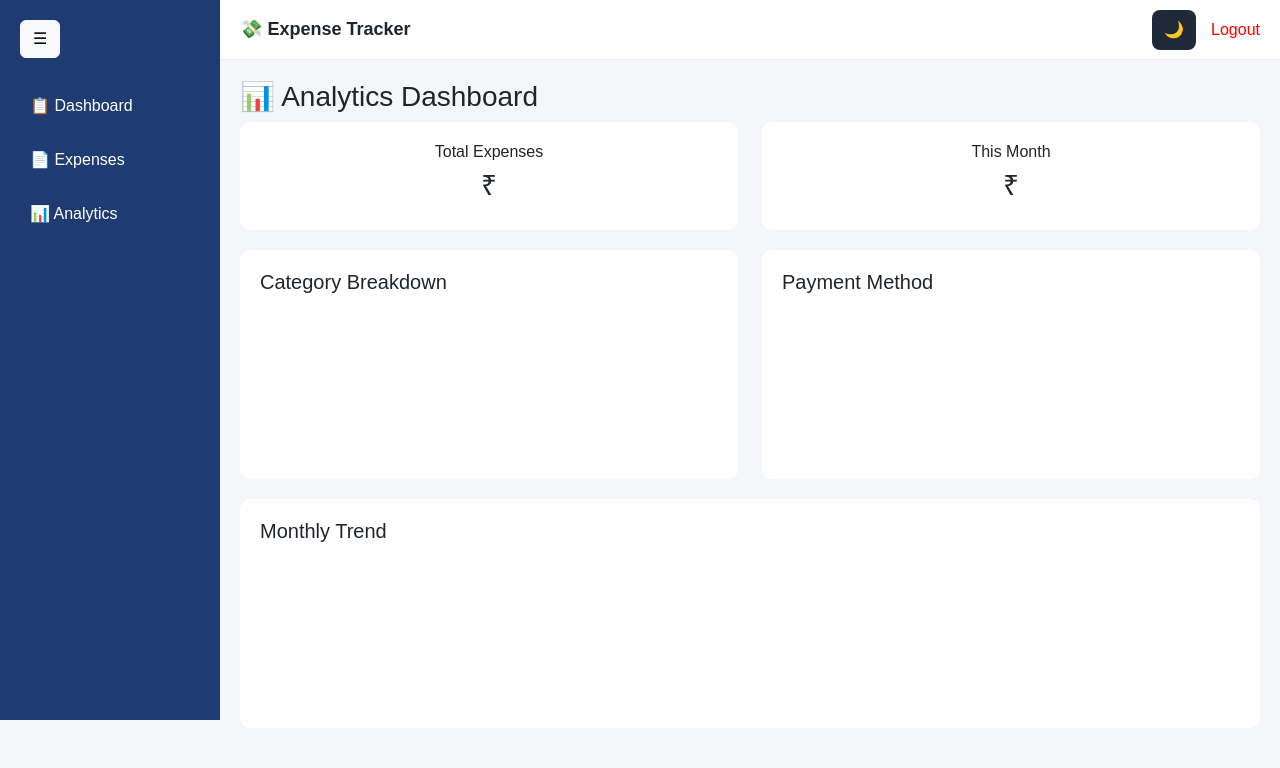
Repository: TejasChoudhary1996/expense-microservices
Page: http://localhost/ui-service/WEB-INF/jsp/pages/analytics.jsp
The author's editor kept a copy of each file at every save. The page is drawn from the files as they stood at one save, then again after the next save.
The browser window is 1280 px wide. The pictures show the whole page.
The page is served by Tomcat 10. Nobody is signed in. Other server files are loaded and not shown. The template is opened directly, without the code that normally fills it, so the values that code supplies are empty.

Above is the page before, as saved 2026-03-29 18:05:14.
Console error: SyntaxError: Unexpected token ';'

### ui-service/src/main/webapp/WEB-INF/jsp/pages/analytics.jsp
<%@ page contentType="text/html; charset=UTF-8" pageEncoding="UTF-8"%>
<%@ taglib prefix="c" uri="jakarta.tags.core"%>
<!DOCTYPE html>
<html>
<head>
<title>Analytics Dashboard</title>

<meta charset="UTF-8">
<meta name="viewport" content="width=device-width, initial-scale=1">

<link href="https://cdn.jsdelivr.net/npm/bootstrap@5.3.0/dist/css/bootstrap.min.css" rel="stylesheet">
<script src="https://cdn.jsdelivr.net/npm/chart.js"></script>

<style>
body {
    background: #f4f6f9;
    font-family: 'Poppins', sans-serif;
}

.content {
    margin-left: 220px;
    padding: 20px;
}

.card-box {
    background: white;
    padding: 20px;
    border-radius: 10px;
    margin-bottom: 20px;
}

canvas {
    max-height: 300px !important;
}
</style>

</head>

<body>
<%@ include file="../layout/header.jsp" %>
<%@ include file="../layout/sidebar.jsp" %>

<div class="content">

<h3>📊 Analytics Dashboard</h3>

<!-- ================= SUMMARY ================= -->
<div class="row">

    <div class="col-md-6">
        <div class="card-box text-center">
            <h6>Total Expenses</h6>
            <h3>&#8377; ${totalExpenses}</h3>
        </div>
    </div>

    <div class="col-md-6">
        <div class="card-box text-center">
            <h6>This Month</h6>
            <h3>&#8377; ${monthlyExpenses}</h3>
        </div>
    </div>


</div>

<!-- ================= CHARTS ================= -->

<div class="row">

    <!-- CATEGORY -->
    <div class="col-md-6">
        <div class="card-box">
            <h5>Category Breakdown</h5>
            <canvas id="categoryChart"></canvas>
        </div>
    </div>

    <!-- PAYMENT -->
    <div class="col-md-6">
        <div class="card-box">
            <h5>Payment Method</h5>
            <canvas id="paymentChart"></canvas>
        </div>
    </div>

</div>

<!-- MONTHLY TREND -->
<div class="card-box">
    <h5>Monthly Trend</h5>
    <canvas id="monthlyChart"></canvas>
</div>

</div>

<script>

/* ================= CATEGORY ================= */
const categoryData = ${categoryAnalyticsJson};

new Chart(document.getElementById('categoryChart'), {
    type: 'doughnut',
    data: {
        labels: Object.keys(categoryData),
        datasets: [{
            data: Object.values(categoryData)
        }]
    },
    options: {
        responsive: true,
        maintainAspectRatio: false
    }
});

/* ================= PAYMENT ================= */
const paymentData = ${paymentAnalyticsJson};

new Chart(document.getElementById('paymentChart'), {
    type: 'bar',
    data: {
        labels: Object.keys(paymentData),
        datasets: [{
            data: Object.values(paymentData)
        }]
    },
    options: {
        responsive: true,
        maintainAspectRatio: false
    }
});

/* ================= MONTHLY ================= */
/* const monthlyData = ${monthlyTrendJson};

new Chart(document.getElementById('monthlyChart'), {
    type: 'line',
    data: {
        labels: Object.keys(monthlyData),
        datasets: [{
            label: "Expenses",
            data: Object.values(monthlyData),
            fill: false,
            tension: 0.3
        }]
    },
    options: {
        responsive: true,
        maintainAspectRatio: false
    }
}); */

</script>

</body>
</html>

### ui-service/src/main/webapp/WEB-INF/jsp/layout/header.jsp
<%@ page contentType="text/html; charset=UTF-8" pageEncoding="UTF-8"%>

<!DOCTYPE html>
<html>
<head>

<meta charset="UTF-8">
<meta name="viewport" content="width=device-width, initial-scale=1">

<title>Expense Tracker</title>

<link href="https://cdn.jsdelivr.net/npm/bootstrap@5.3.0/dist/css/bootstrap.min.css" rel="stylesheet">
<script src="https://cdn.jsdelivr.net/npm/chart.js"></script>
<script src="https://cdn.jsdelivr.net/npm/bootstrap@5.3.0/dist/js/bootstrap.bundle.min.js"></script>
<%@ taglib prefix="c" uri="jakarta.tags.core"%>

<style>
body {
    margin: 0;
    font-family: 'Poppins', sans-serif;
    background: #f4f6f9;
}

/* ===== SIDEBAR ===== */
.sidebar {
    width: 220px;
    height: 100vh;
    background: #1e3c72;
    color: white;
    position: fixed;
    top: 0;
    left: 0;
    padding: 20px;
}

/* ===== HEADER ===== */
.header {
    position: fixed;
    top: 0;
    left: 220px;
    right: 0;
    height: 60px;
    background: white;
    display: flex;
    align-items: center;
    justify-content: space-between;
    padding: 0 20px;
    border-bottom: 1px solid #eee;
    z-index: 1000;
}

/* Header title modern look */
.header h5 {
    margin: 0;
    font-weight: 600;
    font-size: 18px;
}

/* ===== CONTENT ===== */
.content {
    margin-left: 220px;
    margin-top: 60px;
    padding: 20px;
}

/* ===== CARD ===== */
.card-box {
    background: white;
    padding: 20px;
    border-radius: 10px;
    margin-bottom: 20px;
}

/* ===== BUTTON ===== */
.btn-primary {
    background: #ff7a18;
    border: none;
}

/* ===== SIDEBAR LINKS ===== */
.sidebar a {
    display: block;
    padding: 10px;
    margin: 10px 0;
    color: white;
    text-decoration: none;
    border-radius: 8px;
}

.sidebar a:hover {
    background: rgba(255,255,255,0.1);
}

.sidebar a.active {
    background: #ff7a18;
}

/* ===== COLLAPSE ===== */
.sidebar.collapsed {
    width: 70px;
}

.sidebar.collapsed span {
    display: none;
}

.content.expanded {
    margin-left: 70px;
}

.header.expanded {
    left: 70px;
}

/* ===== DARK MODE ===== */
body.dark {
    background: #121212;
    color: white;
}

/* FIX HEADER IN DARK MODE */
body.dark .header {
    background: #1e1e1e;
    color: white;
    border-bottom: 1px solid #333;
}

body.dark .card-box {
    background: #1e1e1e;
}

body.dark .sidebar {
    background: #000;
}

body.dark input,
body.dark select {
    background: #2c2c2c;
    color: white;
    border: none;
}

/* Inputs fix */
body.dark input::placeholder {
    color: #aaa;
}

canvas {
    max-height: 300px !important;
}
</style>

<script>

function toggleSidebar() {
    const sidebar = document.getElementById("sidebar");
    const content = document.querySelector(".content");
    const header = document.querySelector(".header");

    if (!sidebar || !content || !header) return;

    sidebar.classList.toggle("collapsed");
    content.classList.toggle("expanded");
    header.classList.toggle("expanded");
}

function toggleTheme() {
    document.body.classList.toggle("dark");
}
</script>
</script>

</head>

<body>


<!-- ===== HEADER ===== -->
<div class="header">
    <h5>💸 Expense Tracker</h5>
 <div style="display:flex; align-items:center; gap:15px; margin-left:auto;">

    <!-- Dark Mode Toggle -->
    <button id="darkModeToggle"
        style="background:#1f2937; color:white; border:none; padding:8px 12px; border-radius:8px; cursor:pointer;">
        🌙
    </button>

    <!-- Logout -->
    <a href="/logout" style="color:red; text-decoration:none; font-weight:500;">
        Logout
    </a>

</div>
</div>

### ui-service/src/main/webapp/WEB-INF/jsp/layout/sidebar.jsp
<%@ page contentType="text/html; charset=UTF-8" pageEncoding="UTF-8"%>

<div class="sidebar" id="sidebar">



	<div style="display:flex; align-items:center; gap:10px; padding:0px;">

    <!-- Toggle -->
      <button onclick="toggleSidebar()" class="btn btn-light mb-3" >☰</button>

    <!-- Username -->
    <span style="font-size:24px; font-weight:600; color:white;">
        ${userName}
    </span>

</div>

  <a href="/" class="menu-item ${page == 'dashboard' ? 'active' : ''}">
        📋 <span>Dashboard</span>
    </a>

    <a href="/expenses" class="menu-item ${page == 'expenses' ? 'active' : ''}">
        📄 <span>Expenses</span>
    </a>

    <a href="/analytics" class="menu-item ${page == 'analytics' ? 'active' : ''}">
        📊 <span>Analytics</span>
    </a>

</div>

After the next save:
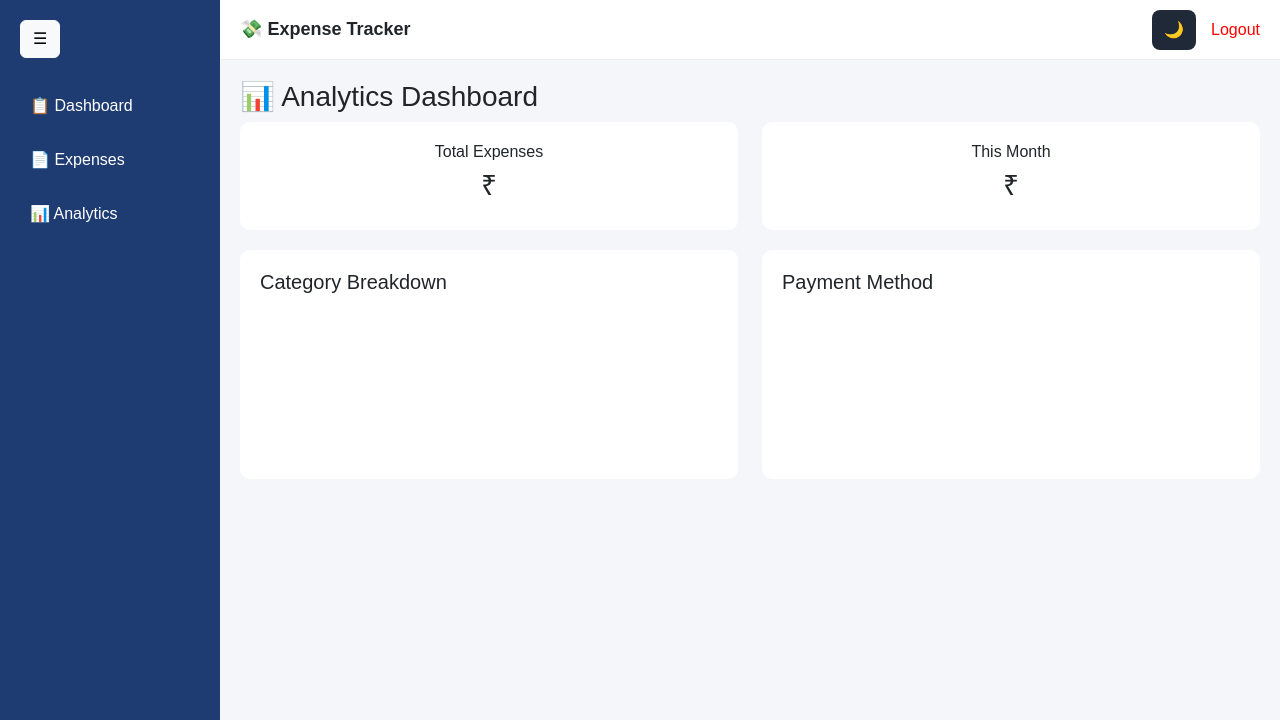
Saved 32 s later.
--- a/ui-service/src/main/webapp/WEB-INF/jsp/pages/analytics.jsp
+++ b/ui-service/src/main/webapp/WEB-INF/jsp/pages/analytics.jsp
@@ -85,12 +85,12 @@ canvas {
     </div>
 
 </div>
-
+<%--
 <!-- MONTHLY TREND -->
 <div class="card-box">
     <h5>Monthly Trend</h5>
     <canvas id="monthlyChart"></canvas>
-</div>
+</div> --%>
 
 </div>
 
